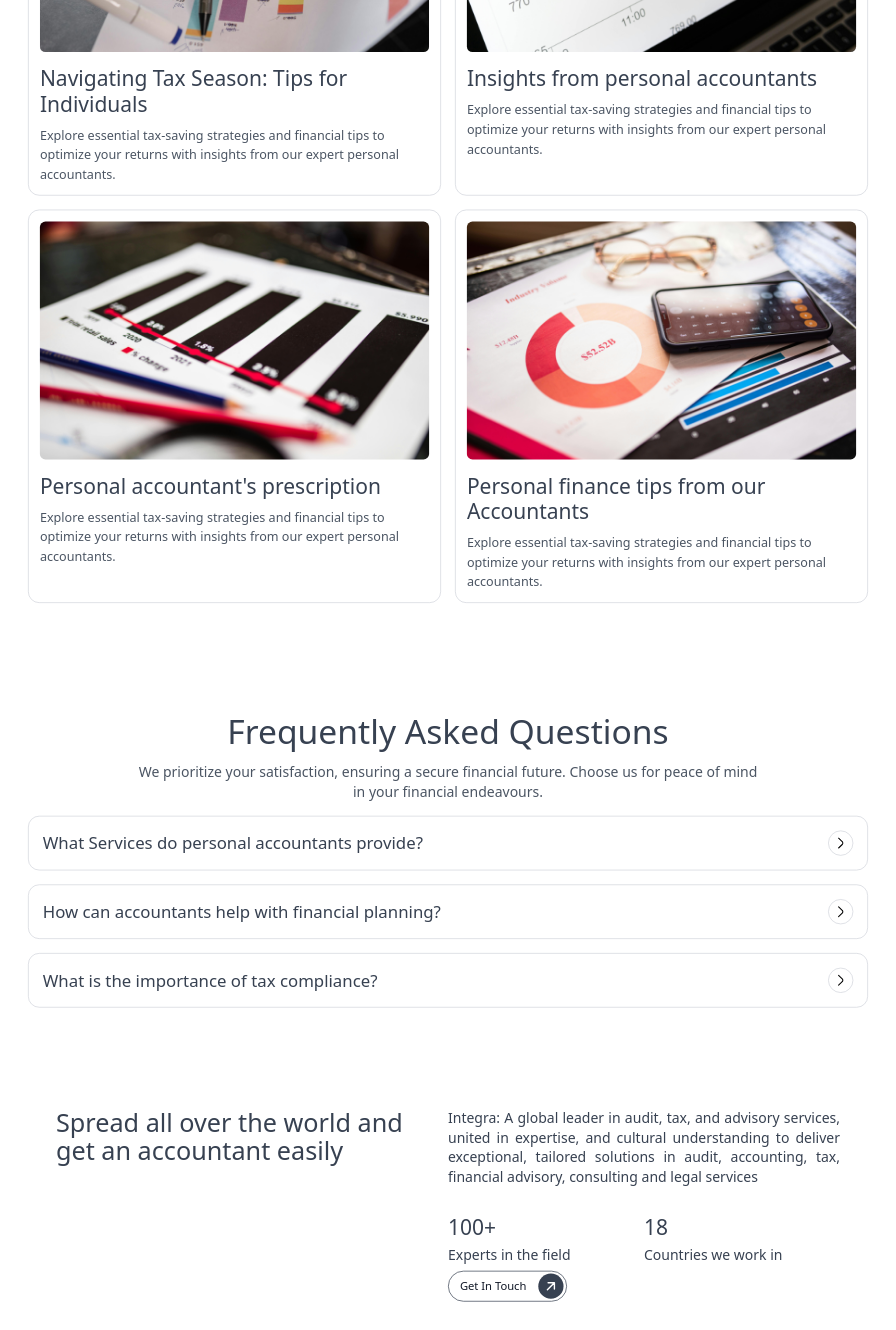
Repository: vespersolutionspk18/integrast-website
Page: /
An editor plug-in stored every save of this project. The page is shown before and after the next save, followed by the edit.
The browser window is 1280 px wide. The pictures show the part of the page from y = 2368 to 4288 px (the page is 4268 px tall before and 4288 px after), at 70% of full size.
The project was rebuilt for these pictures with package versions that can differ from the ones it lists, and the page was loaded fresh each time. The framework's server and built-in components were replaced by stand-ins that run in the browser. Also part of the build but not shown: next.config.ts.

Above is the page before, as saved 2024-12-12 14:47:20.

After the next save:
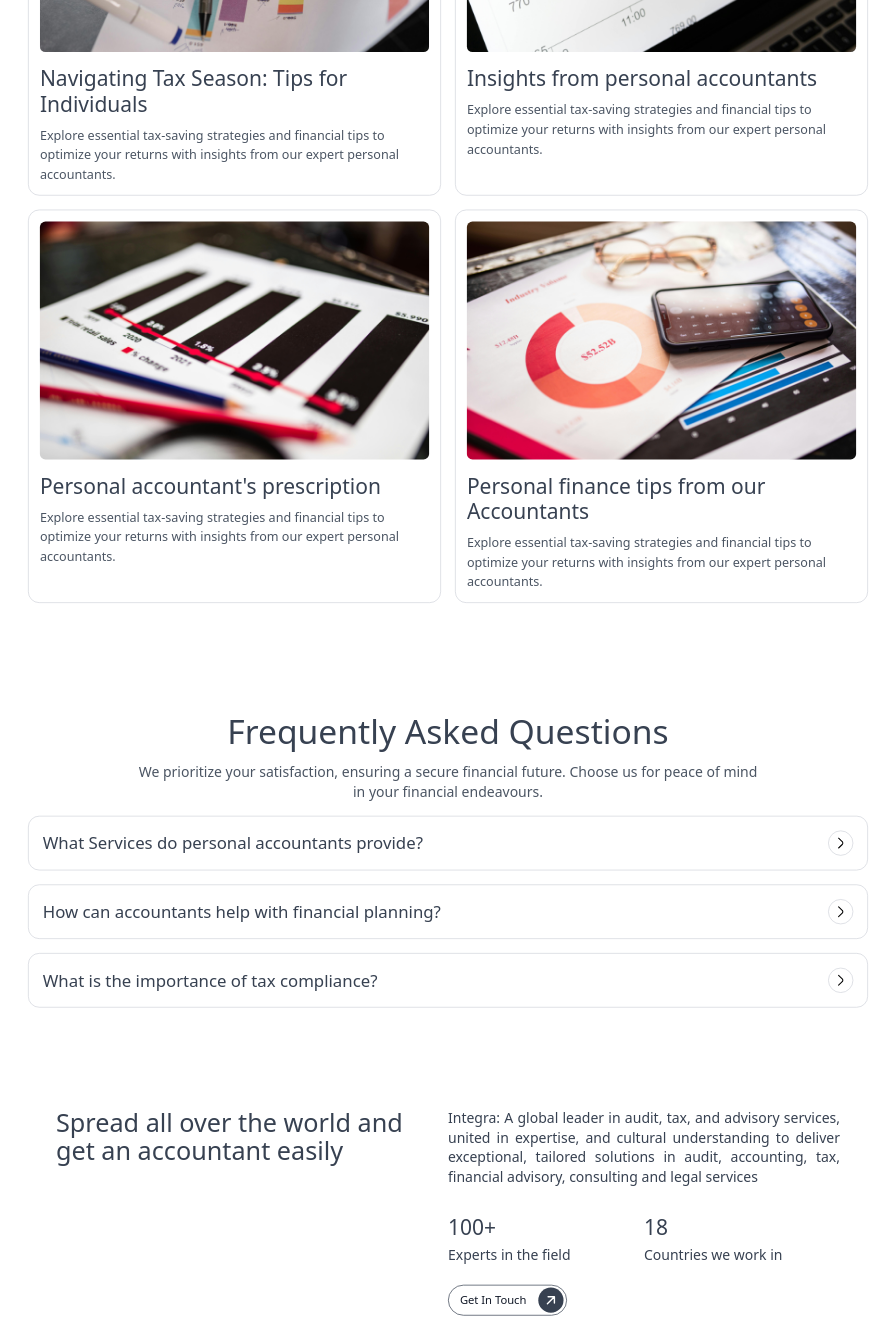
Saved 9 s later.
--- a/app/GetinTouchSection.tsx
+++ b/app/GetinTouchSection.tsx
@@ -16,7 +16,7 @@ const GetinTouchSection = () => {
         <div className="flex flex-row justify-between mt-10">
         <div className="w-1/2 flex flex-col gap-2">
         <h5 className="font-sans font-light text-3xl text-gray-700">100+</h5>
-        <p className="font-sans font-light text-xl text-gray-700">Experts in the field</p>
+        <p className="font-sans font-light text-xl text-gray-700 mb-5">Experts in the field</p>
         <div id="button"
   className="group  bg-white h-[44px] flex-row border-[1px] border-gray-700 text-gray-900 text-[16px] py-1 px-1 font-light rounded-full hidden md:flex items-center justify-between w-[170px] transition-width duration-500 ease-in-out  hover:w-[195px] hover:bg-gray-700 hover:border-gray-700 hover:text-white hover:cursor-pointer "
 
